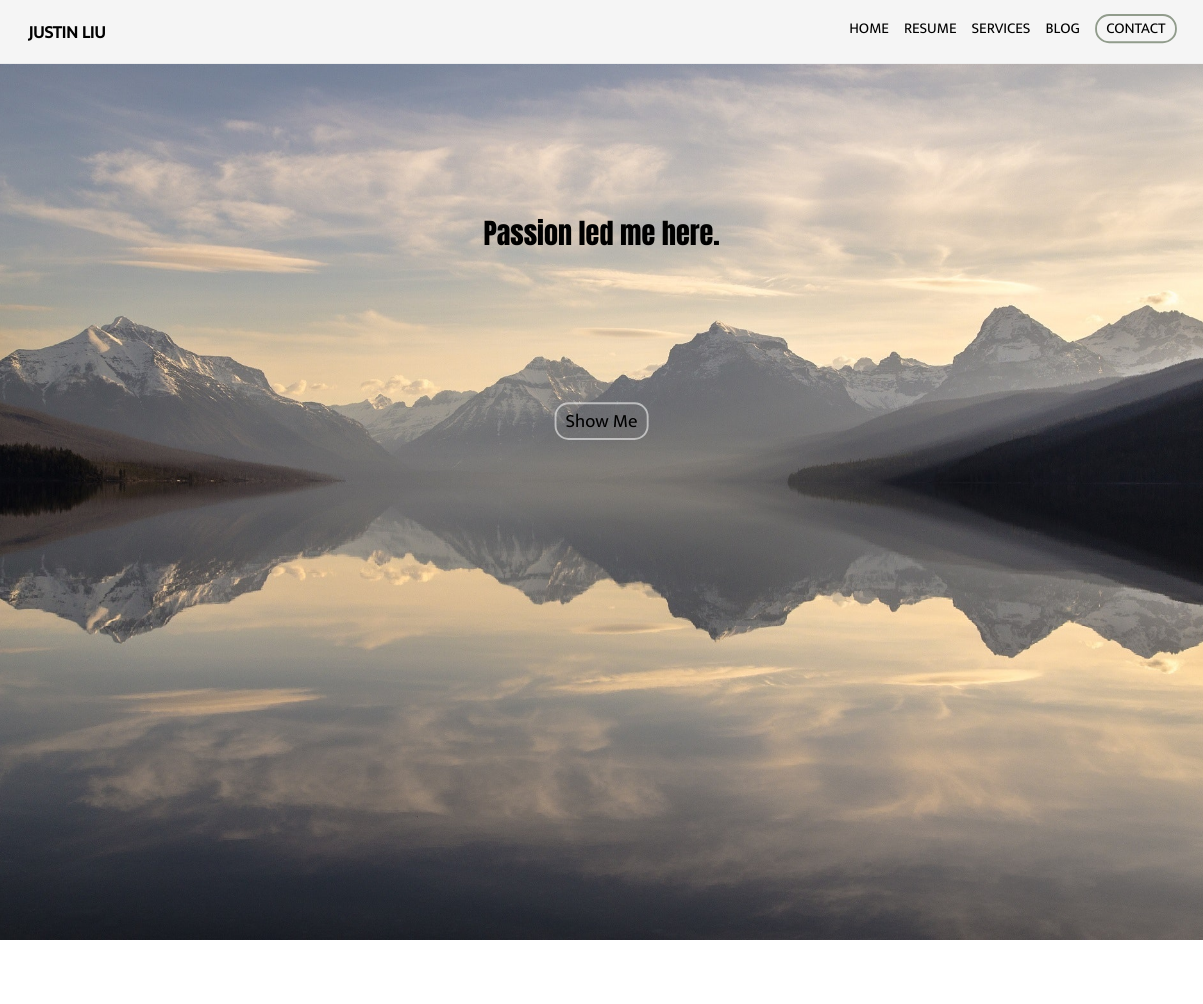
Repository: justinliu88/personal-projects
Page: index.html
These files come from the project's save history. The page is drawn as it stood at one moment and after the next save; the edit follows.
The browser window is 1280 px wide. The pictures show the whole page, at 94% of full size.
Some web libraries are served in a nearby version. The style sheet was rebuilt from its Sass, Less or Tailwind sources for each picture, by a compiler version that may differ from the author's.

Above is the page before, as saved 2020-03-17 12:52:37.

After the next save:
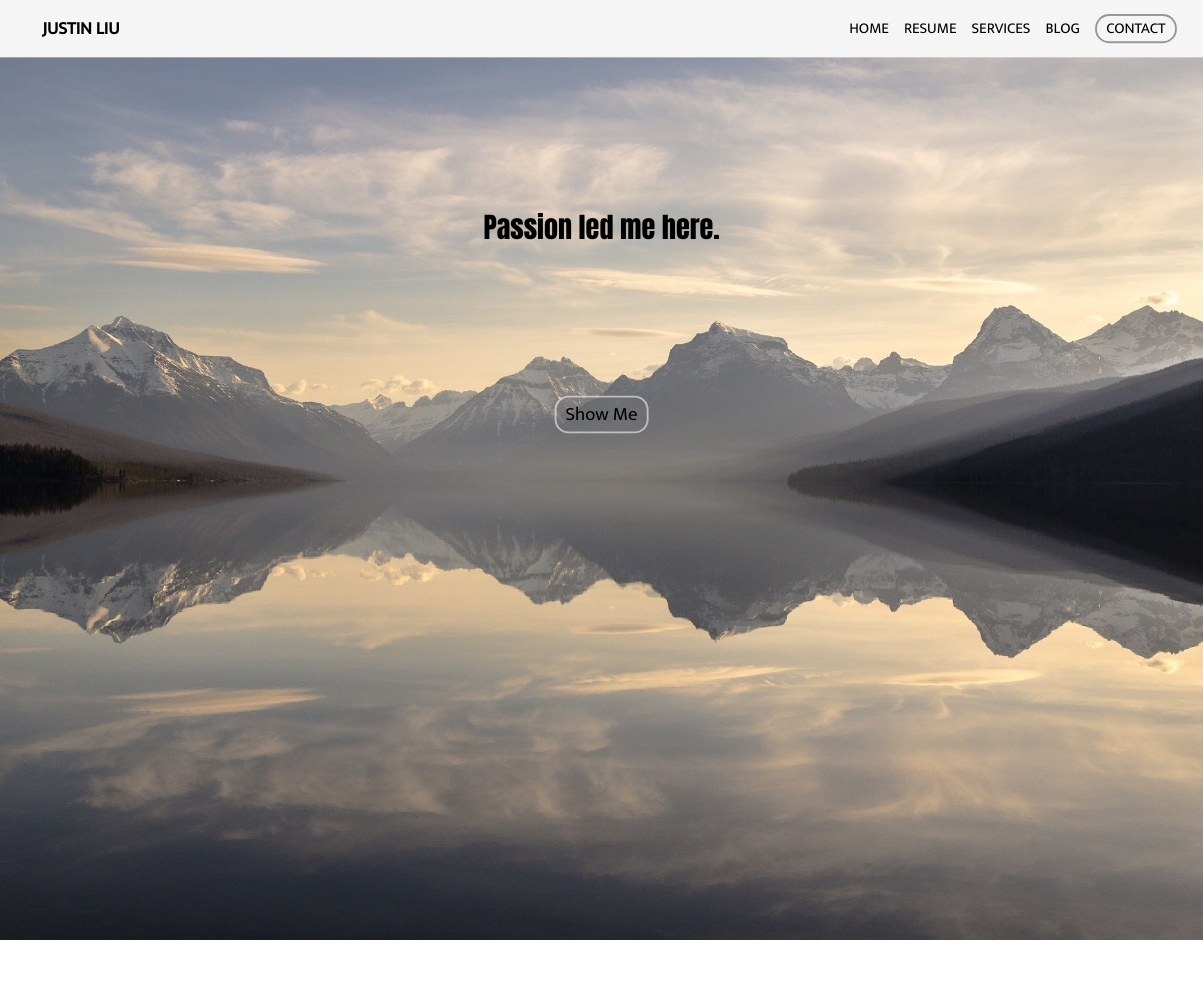
Saved 101 s later.
--- a/main.scss
+++ b/main.scss
@@ -19,6 +19,7 @@ body {
         text-align: center;
         align-items: center;
         padding-left: 30px;
+        margin: 15px;
     }
     &__options {
         height: 60px;
